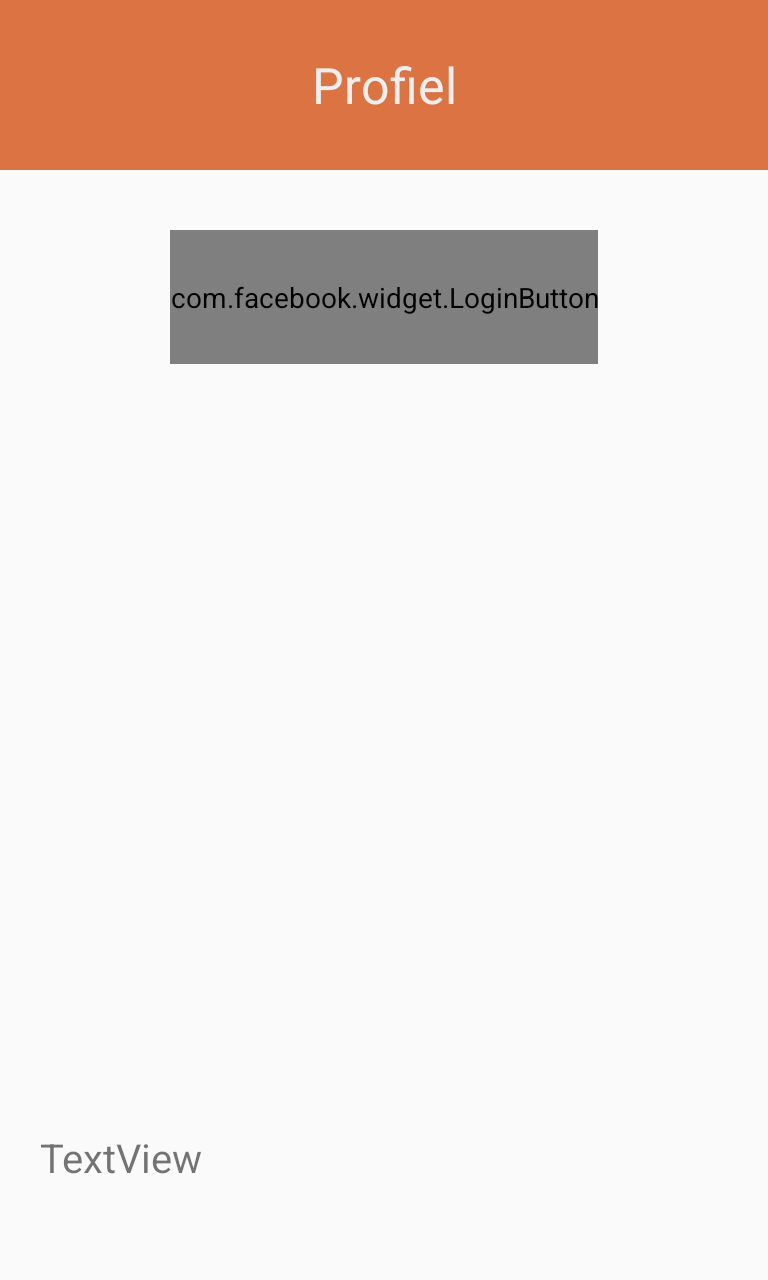
Repository: MarcSelles/BeatYourBucketAndroid
Layout: The_app/BeatYourBucket/res/layout/fragment_profile.xml
These files come from the project's save history. The layout is drawn as it stood at one moment and after the next save; the edit follows.
Pictures or frames that could not be fetched are drawn as grey boxes. It is drawn on a 768 x 1280 px phone screen (xhdpi) without system bars, with theme AppTheme; the app's code is not run.

Above is the layout before, as saved 2015-01-27 11:27:27.

### The_app/BeatYourBucket/res/layout/fragment_profile.xml
<?xml version="1.0" encoding="utf-8"?>
<LinearLayout xmlns:android="http://schemas.android.com/apk/res/android"
        xmlns:tools="http://schemas.android.com/tools"
        android:layout_width="match_parent"
        android:layout_height="match_parent"
        android:orientation="vertical"
        android:weightSum="1"
        tools:context=".DeviceFragment" >

    <TextView
        android:id="@+id/textView"
		 android:layout_width="fill_parent"
		 android:layout_height="0sp"
		 android:layout_weight="0.14"
		 android:textSize="25sp"
		 android:textColor="#EEEEEE"
		 android:gravity="center"
		 android:background="#DB7343"
		 android:text="Profiel" />

    <com.facebook.widget.LoginButton
        android:id="@+id/authButton"
        android:layout_width="wrap_content"
        android:layout_height="0sp"
        android:layout_weight="0.11"
        android:layout_gravity="center_horizontal"
        android:layout_marginTop="30dp"
        />
    <ImageView
     android:id="@+id/imageView"
     android:layout_width="wrap_content"
     android:layout_height="0sp"
     android:layout_weight="0.55"
     android:layout_gravity="center"/>

    <TextView android:id="@+id/textView"
	 android:layout_width="wrap_content"
	 android:layout_height="0sp"
	 android:layout_weight="0.2"
	 android:layout_marginLeft="20dp"
	 android:textSize="20sp"
	 android:gravity="left|center_vertical"
	 android:text="TextView" />/>


</LinearLayout>

Loaded but not shown: The_app/BeatYourBucket/res/values/styles.xml (common file); The_app/BeatYourBucket/res/values-v11/styles.xml (common file); The_app/BeatYourBucket/res/values-v14/styles.xml (common file)

After the next save:
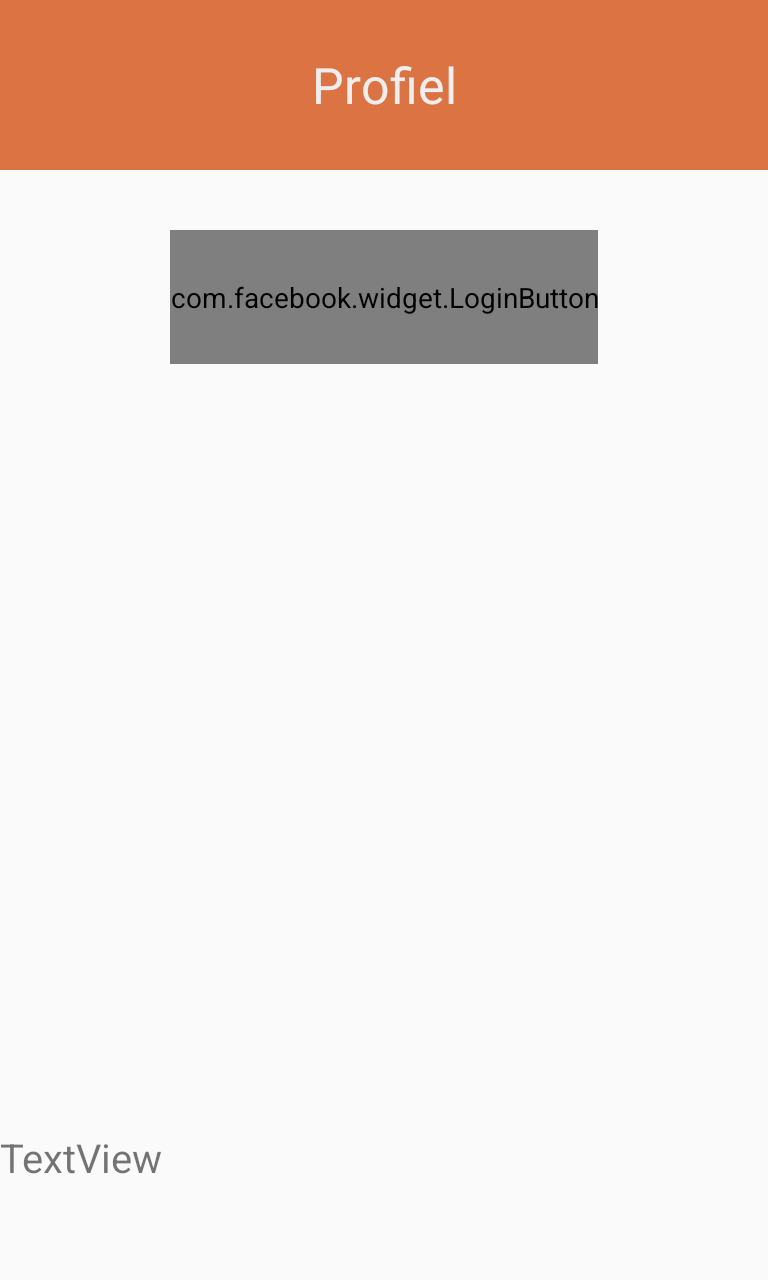
Saved 14 s later.
--- a/The_app/BeatYourBucket/res/layout/fragment_profile.xml
+++ b/The_app/BeatYourBucket/res/layout/fragment_profile.xml
@@ -37,9 +37,8 @@
 	 android:layout_width="wrap_content"
 	 android:layout_height="0sp"
 	 android:layout_weight="0.2"
-	 android:layout_marginLeft="20dp"
 	 android:textSize="20sp"
-	 android:gravity="left|center_vertical"
+	 android:gravity="center"
 	 android:text="TextView" />/>
 
 
